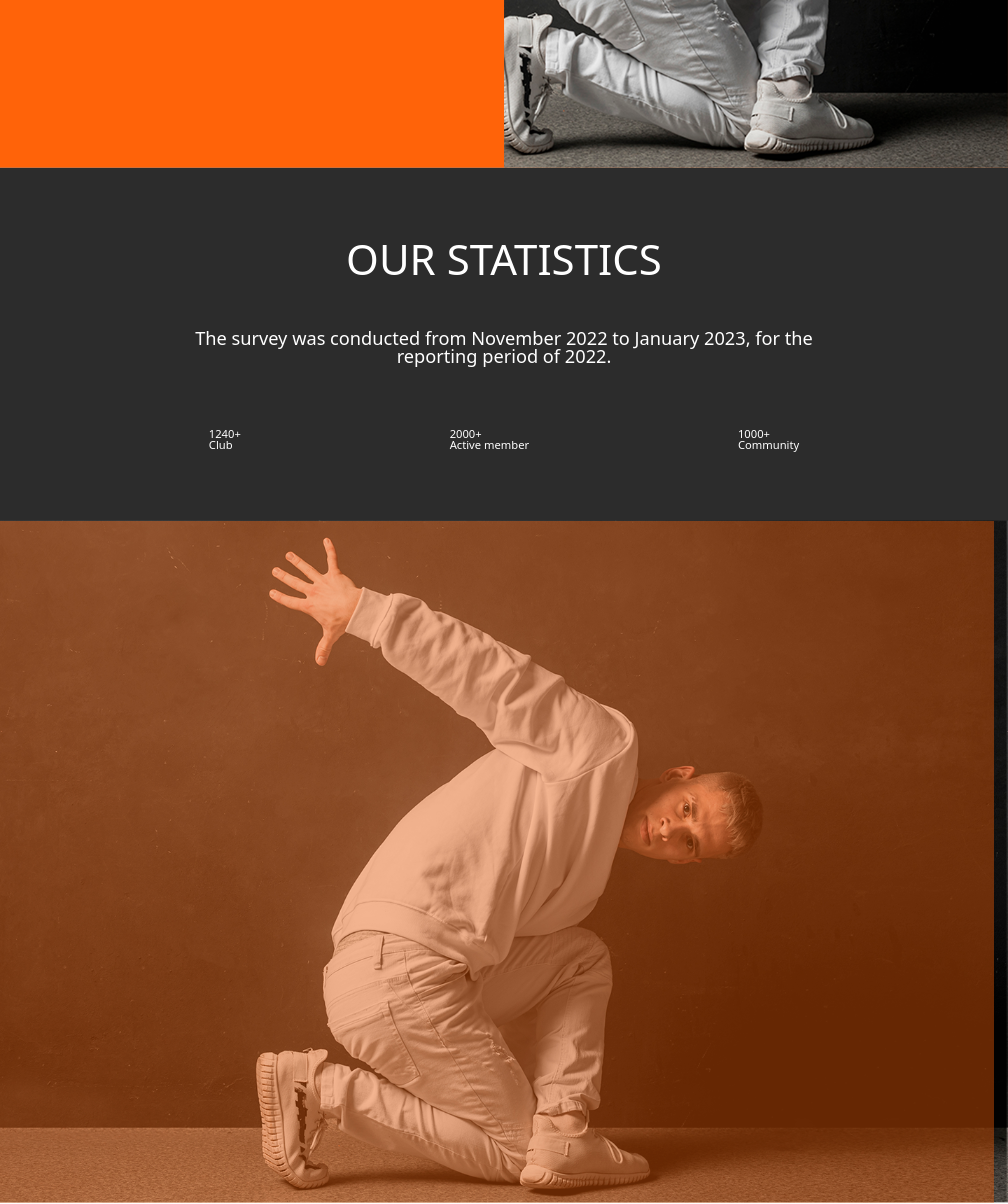
Repository: KinD2704/Web-University
Page: Bai30/index.html
An editor plug-in stored every save of this project. The page is shown before and after the next save, followed by the edit.
The browser window is 1280 px wide. The page is 1440 px wide, so the pictures cover 1440 px, including what lies to the right of the window. The pictures show the part of the page from y = 4434 to 6154 px (the page is 6154 px tall before and 6152 px after), at 70% of full size.

Above is the page before, as saved 2023-12-23 22:27:30.

### Bai30/index.html
<!DOCTYPE html>
<html lang="en">

<head>
    <meta charset="UTF-8" />
    <meta name="viewport" content="width=device-width, initial-scale=1.0" />
    <title>les 30 percent</title>
    <link rel="stylesheet" href="css/reset.css" />
    <link rel="stylesheet" href="css/global.css">
    <link rel="stylesheet" href="css/styles.css" />
</head>

<body>
    <!-- Header -->
    <header>
        <div class="container">
            <div>
                <img src="img/logo.png" alt="logo" class="logo1" />
            </div>
            <div>
                <ul>
                    <li><a href="#!">HOME</a></li>
                    <li><a href="#!">PRODUCT</a></li>
                    <li><a href="#!">FEEDBACK</a></li>
                    <li><a href="#!">ABOUT</a></li>
                    <li><a href="#!">CONTACT</a></li>
                </ul>
            </div>
            <div>
                <img src="img/search.png" alt="search" class="search" />
            </div>
        </div>
    </header>

    <div class="banner1"></div>
    <div class="banner2">
        <div class="banner2__container">
            <div class="banner2__text banner2__text1">
                <p>Dance Tour</p>
            </div>
            <div class="banner2__text banner2__text2">
                <p>
                    Lorem ipsum dolor sit amet, consectetur adipiscing elit.
                    Vivamus lacinia odio vitae vestibulum vestibulum.
                </p>
            </div>
            <div class="banner2__item">
                <div class="banner2__item1">
                    <img src="img/item1.png" alt="" />
                    <p>AMERICA</p>
                    <p>
                        Lorem ipsum dolor sit amet, consectetur adipiscing
                        elit.
                    </p>
                </div>
                <div class="banner2__item1">
                    <img src="img/item2.png" alt="" />
                    <p>ASIA</p>
                    <p>
                        Lorem ipsum dolor sit amet, consectetur adipiscing
                        elit.
                    </p>
                </div>
                <div class="banner2__item1">
                    <img src="img/item3.png" alt="" />
                    <p>AUSTRALIA</p>
                    <p>
                        Lorem ipsum dolor sit amet, consectetur adipiscing
                        elit.
                    </p>
                </div>
            </div>
        </div>
    </div>
    <div class="banner3">
        <div class="banner2__container">
            <div class="banner2__text banner2__text1">
                <p>Dance Tour</p>
            </div>
            <div class="banner2__text banner2__text2">
                <p>
                    Lorem ipsum dolor sit amet, consectetur adipiscing elit.
                    Vivamus lacinia odio vitae vestibulum vestibulum.
                </p>
            </div>
            <div class="banner2__item">
                <div class="banner3__item1">
                    <div class="imgBasic"><img src="img/basic.png" alt=""></div>
                    <p>basic</p>
                    <p>Lorem ipsum dolor sit amet, consectetur adipiscing elit</p>
                    <div class="bannerBtn"><button>$150.00</button></div>
                </div>
                <div class="banner3__item1">
                    <div class="imgBasic"><img src="img/basic.png" alt="" /></div>
                    <p>Professional</p>
                    <p>Lorem ipsum dolor sit amet, consectetur adipiscing elit</p>
                    <div class="bannerBtn"><button>$200.00</button></div>
                </div>
                <div class="banner3__item1">
                    <div class="imgBasic"><img src="img/basic.png" alt="" /></div>
                    <p>Ultimate</p>
                    <p>Lorem ipsum dolor sit amet, consectetur adipiscing elit</p>
                    <div class="bannerBtn"><button>$250.00</button></div>
                </div>
            </div>
        </div>
        <div class="banner4">
            <div class="banner4__container">
                <div class="banner4__item1">
                    <img src="img/anh-banner4.png" alt="">
                </div>
                <div class="banner4__item2">
                    <p class="p1">BREAKING DANCE</p>
                    <p class="p2">the dancers who perform it. Breaking is popular in many places, but many people do not
                        understand it </p>
                    <div class="bannerBtn"><button class="banner5-Btn">READ MORE</button></div>
                </div>

            </div>
        </div>
        <div class="banner5">
            <div class="banner5__container">
                <div class="banner5__item1">
                    <p class="p1">STREET DANCE</p>
                    <p class="p2">Street dance is a type of dance genre that came to being outside the traditional dance
                        studio</p>
                    <div class="bannerBtn"><button class="banner5-Btn">READ MORE</button></div>
                </div>
                <div class="banner5__item2">
                    <img src="img/anh-banner5.png" alt="">
                </div>
            </div>
        </div>
        <div class="banner6">
            <div class="banner2__container">
                <div class="banner2__text banner2__text1">
                    <p class="text-up">Our Statistics</p>
                </div>
                <div class="banner2__text banner2__text2">
                    <p>
                        The survey was conducted from November 2022 to January
                        2023, for the reporting period of 2022.
                    </p>
                </div>
                <div class="banner6__item d-flex justify-space-evenly">
                    <div class="banner6__item1">
                        <p class="text-white">1240+</p>
                        <p class="text-white">Club</p>
                    </div>
                    <div class="banner6__item1">
                        <p class="text-white">2000+</p>
                        <p class="text-white">Active member</p>
                    </div>
                    <div class="banner6__item1">
                        <p class="text-white">1000+</p>
                        <p class="text-white">Community</p>
                    </div>
                </div>
            </div>
            <div class="banner7">
                <img src="img/banner7.png" alt="" style="opacity: 0.4;">
                <div></div>
            </div>
            <div class="banner8"></div>
            <div class="banner9"></div>

            <!-- Footer -->
            <footer></footer>
</body>

</html>

### Bai30/css/reset.css
article,
aside,
details,
figcaption,
figure,
footer,
header,
hgroup,
menu,
nav,
section {
    display: block;
}
body {
    line-height: 1;
}
ol,
ul {
    list-style: none;
}
blockquote,
q {
    quotes: none;
}
blockquote:before,
blockquote:after,
q:before,
q:after {
    content: "";
    content: none;
}
table {
    border-collapse: collapse;
    border-spacing: 0;
}

### Bai30/css/global.css
.text-up {
    text-transform: uppercase;
}
.d-flex {
    display: flex;
}
.text-white {
    color: white;
}
.justify-space-evenly {
    justify-content: space-evenly;
}

### Bai30/css/styles.css
* {
    margin: 0;
    padding: 0;
    font-family: system-ui, -apple-system, BlinkMacSystemFont, "Segoe UI",
        Roboto, Oxygen, Ubuntu, Cantarell, "Open Sans", "Helvetica Neue",
        sans-serif;
    box-sizing: border-box;
}
body {
    width: 1440px;
    margin: 0 auto;
}
/* Header */
header {
    position: fixed;
    width: 1440px;
    height: 103px;
    background-color: #303030;
}
.container {
    display: flex;
    justify-content: space-around;
    line-height: 103px;
}
.container .search {
    font-size: 28px;
    margin-top: 40px;
}
.container .logo1 {
    margin-top: 20px;
}
header ul li {
    display: inline-block;
}
header ul li a {
    text-decoration: none;
    color: #ffffff;
    font-size: 20px;
    margin: 0 20px;
    transition: 0.5s;
}
header ul li:hover a {
    color: orange;
}
/* banner 1 */
.banner1 {
    background-image: url("../img/banner1.png");
    height: 796px;
    background-repeat: no-repeat;
    background-size: cover;
    z-index: 0;
}
/* banner 2 */
.banner2 {
    background-image: url("../img/banner2.png");
    /* height: 974px; */
}
.banner2__container {
    padding: 100px 0;
}
.banner2__container .banner2__text p {
    color: #ffffff;
}

.banner2__item {
    display: flex;
    justify-content: space-evenly;
}
.banner2__text1 p {
    font-size: 60px;
    text-align: center;
    text-transform: uppercase;
}
.banner2__text2 p {
    font-size: 26px;
    text-align: center;
    width: 892px;
    margin: 0 auto;
    margin-top: 70px;
    margin-bottom: 90px;
}
/* item */
.banner2__item1 {
    background-image: url("/img/background-item.png");
    width: 372px;
    height: 493px;
}

.banner2__item1 p {
    color: #ffffff;
    width: 372px;
}
.banner2__item1 p:first-of-type {
    display: block;
    font-size: 30px;
    text-align: center;
    margin-top: 45px;
}
.banner2__item1 p:last-of-type {
    display: block;
    font-size: 18px;
    text-align: center;
    margin-bottom: 40px;
    margin-top: 20px;
}

/* banner3 */
.banner3 {
    background-image: url("../img/banner3.png");
    height: 974px;
}
.banner3__item1 {
    color: white;
    background-image: url("../img/background-item-1.png");
    width: 372px;
    height: 493px;
}
.banner3__item1 .imgBasic {
    width: 372px;
    text-align: center;
    margin: 60px auto;
}
.banner3__item1 p:first-of-type {
    display: block;
    font-size: 30px;
    text-align: center;
    text-transform: uppercase;
    margin-bottom: 30px;
}
.banner3__item1 p:last-of-type {
    display: block;
    font-size: 18px;
    text-align: center;
    margin-bottom: 30px;
}
.banner3__item1 .bannerBtn {
    margin: 0 auto;
    width: 372px;
    text-align: center;
}
.banner3__item1 button,
.banner5-Btn {
    height: 70px;
    width: 80%;
    text-align: center;
    color: white;
    background-color: #303030;
    border-radius: 5px;
    font-size: 20px;
    transition: 0.5s;
}
.bannerBtn:hover button,
.bannerBtn:hover .banner5-Btn {
    background-color: gold;
    cursor: pointer;
    color: sienna;
}
/* Banner 4 */
.banner4 {
    background-image: url("../img/banner4.png");
    height: 974px;
}
.banner4__container,
.banner5__container {
    display: flex;
}
.banner4__item1,
.banner4__item2,
.banner5__item1,
.banner5__item2 {
    flex-basis: 50%;
}
.banner4__item1 img,
.banner5__item2 img {
    width: 100%;
    height: 974px;
    object-fit: cover;
}
.banner4__item2,
.banner5__item1 {
    color: white;
    padding-left: 60px;
}
/* Banner 5 */
.banner5 {
    background-image: url("../img/banner5.png");
    height: 974px;
}
.banner5-Btn {
    width: 40%;
    margin-bottom: 270px;
}
.p1 {
    font-size: 60px;
    text-transform: uppercase;
    margin-top: 300px;
}
.p2 {
    font-size: 26px;
    margin: 0 auto;
    margin-top: 70px;
    margin-bottom: 90px;
}
/* banner 6 */
.banner6 {
    background-image: url("../img/banner6.png");
    height: 974px;
}
/* Banner 7 */
.banner7 {
    background-image: url("../img/banner7-1.png");
    height: 974px;
}

After the next save:
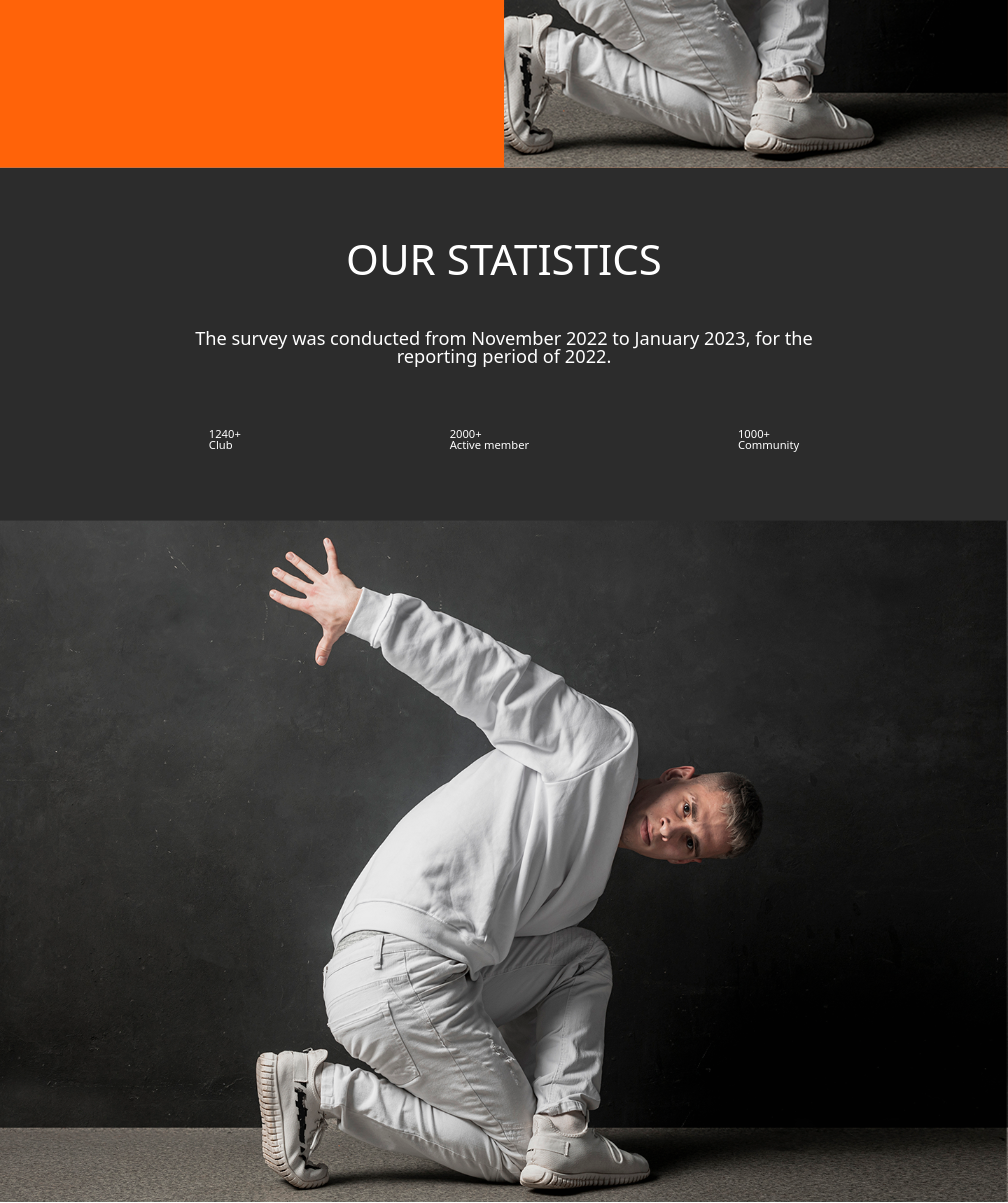
Saved 21 s later.
--- a/Bai30/index.html
+++ b/Bai30/index.html
@@ -158,7 +158,6 @@
                 </div>
             </div>
             <div class="banner7">
-                <img src="img/banner7.png" alt="" style="opacity: 0.4;">
                 <div></div>
             </div>
             <div class="banner8"></div>
